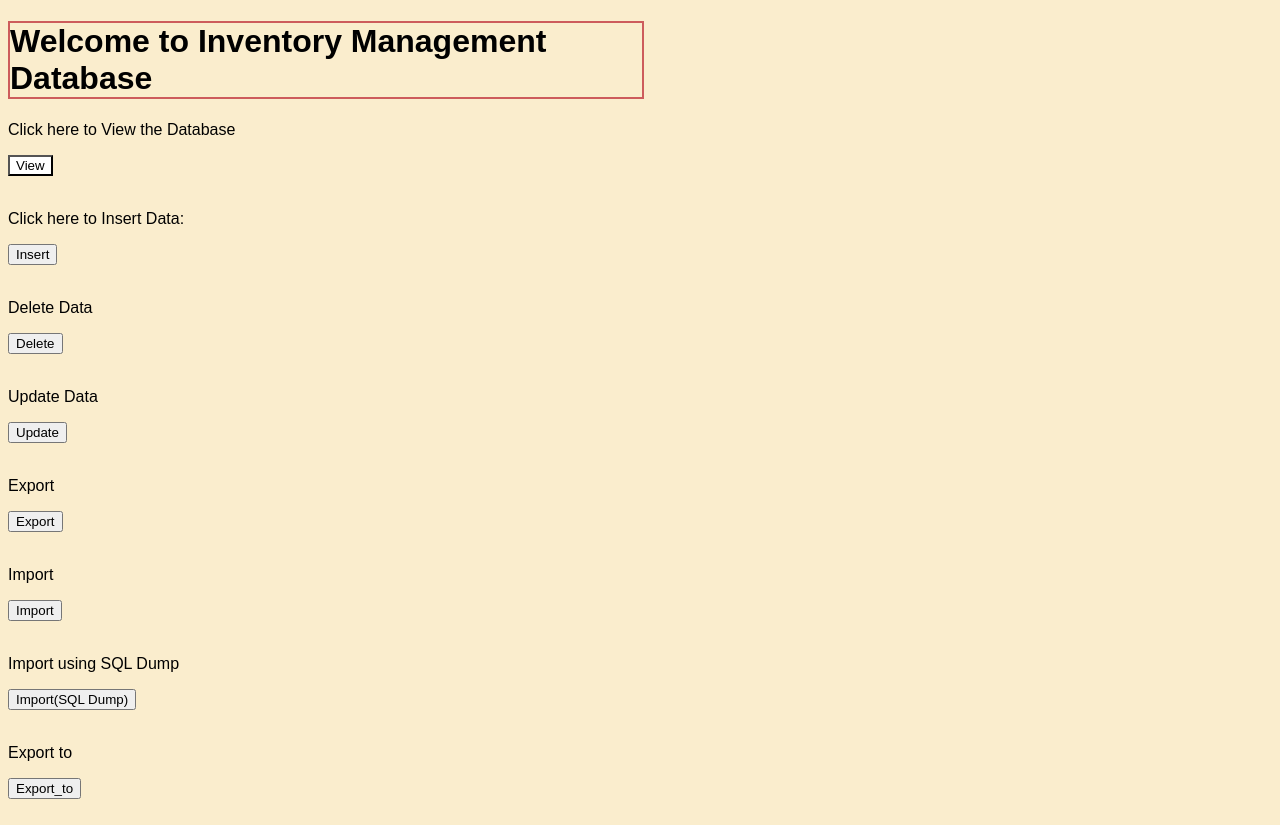
Repository: cyrusdwivedi2002/inventory-management-system
Page: DemoApp/src/main/webapp/Mainpage.html
The author's editor kept a copy of each file at every save. The page is drawn from the files as they stood at one save, then again after the next save.
The browser window is 1280 px wide. The pictures show the whole page.
Some web fonts or font styles are not loaded; a fallback is used.

Above is the page before, as saved 2022-06-24 18:20:03.

After the next save:
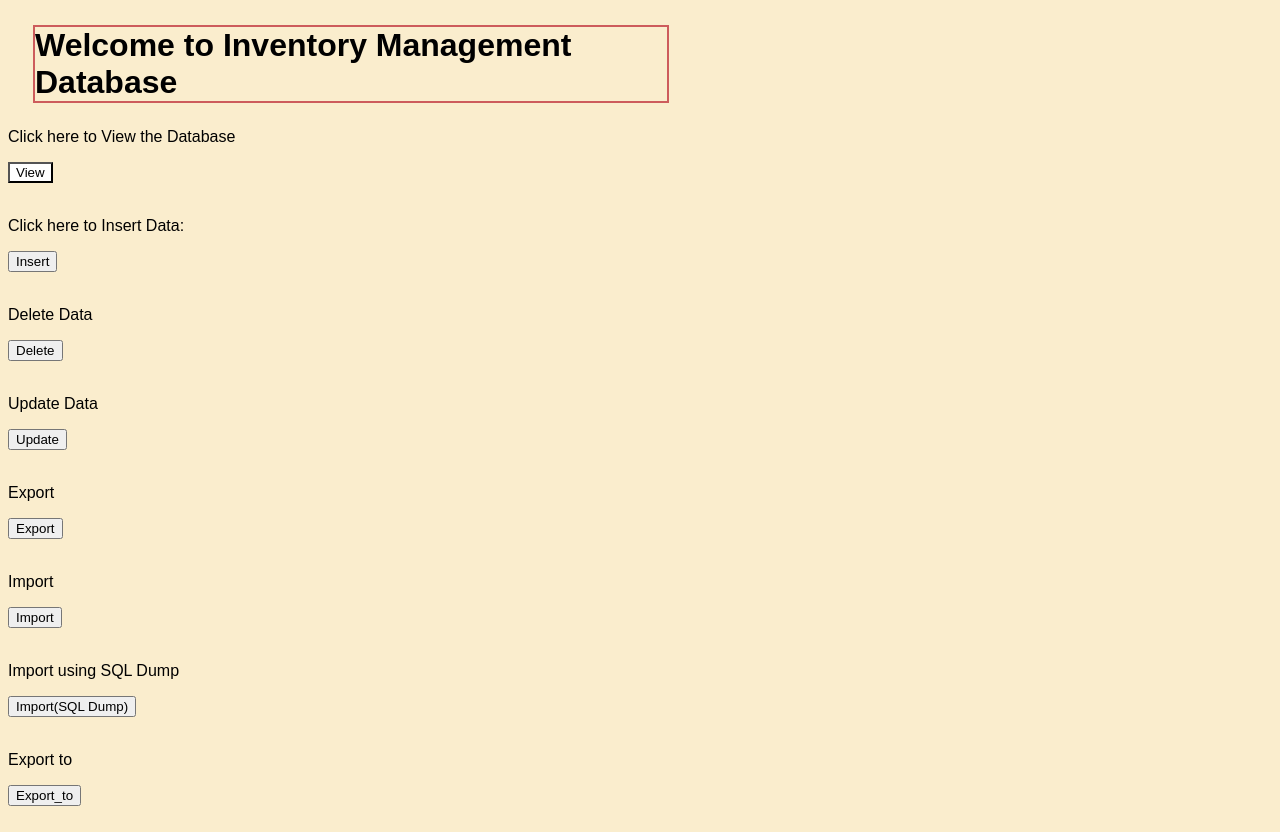
Saved 61 s later.
--- a/DemoApp/src/main/webapp/Mainpage.html
+++ b/DemoApp/src/main/webapp/Mainpage.html
@@ -15,7 +15,7 @@ font-family: 'Anek Latin', sans-serif;
 h1{
 color: black;
 width: 50%;
-border-left:25px;
+margin:25px;
 border: 2px solid indianred;
 }
 </style>
